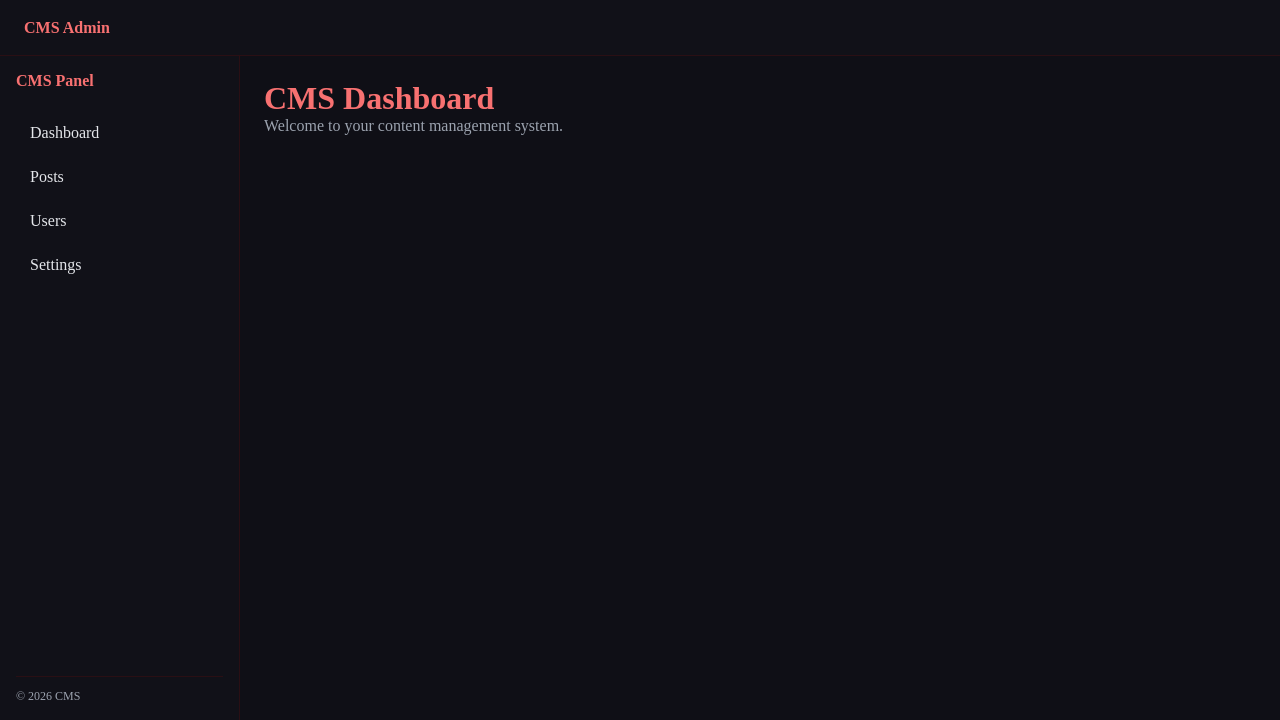
Repository: rajendratamang/react-dashboard
Page: /
An editor plug-in stored every save of this project. The page is shown before and after the next save, followed by the edit.
The browser window is 1280 px wide. The pictures show the whole page.
The project was rebuilt for these pictures with package versions that can differ from the ones it lists, and the page was loaded fresh each time. Also part of the build but not shown: vite.config.ts.

Above is the page before, as saved 2026-01-16 20:25:07.

After the next save:
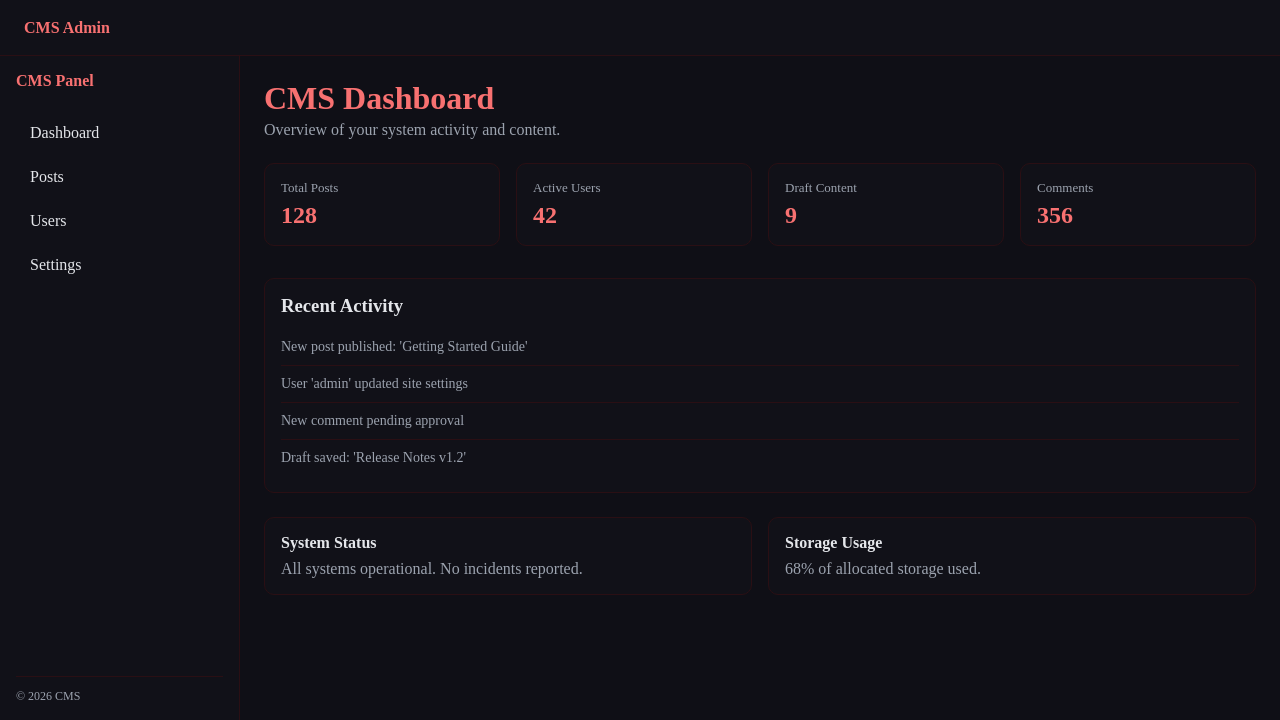
Saved 104 s later.
--- a/src/pages/Dashboard.tsx
+++ b/src/pages/Dashboard.tsx
@@ -1,10 +1,140 @@
 export default function Dashboard() {
   return (
     <div style={{ padding: "24px" }}>
-      <h1 style={{ color: "#f87171" }}>CMS Dashboard</h1>
-      <p style={{ color: "#9ca3af" }}>
-        Welcome to your content management system.
+      {/* Page Title */}
+      <h1 style={{ color: "#f87171", marginBottom: "4px" }}>
+        CMS Dashboard
+      </h1>
+      <p style={{ color: "#9ca3af", marginBottom: "24px" }}>
+        Overview of your system activity and content.
       </p>
+
+      {/* Stats Cards */}
+      <div
+        style={{
+          display: "grid",
+          gridTemplateColumns: "repeat(4, 1fr)",
+          gap: "16px",
+          marginBottom: "32px"
+        }}
+      >
+        {[
+          { label: "Total Posts", value: "128" },
+          { label: "Active Users", value: "42" },
+          { label: "Draft Content", value: "9" },
+          { label: "Comments", value: "356" }
+        ].map((item) => (
+          <div
+            key={item.label}
+            style={{
+              backgroundColor: "#111118",
+              border: "1px solid #2a0f14",
+              borderRadius: "10px",
+              padding: "16px"
+            }}
+          >
+            <div
+              style={{
+                fontSize: "13px",
+                color: "#9ca3af",
+                marginBottom: "6px"
+              }}
+            >
+              {item.label}
+            </div>
+            <div
+              style={{
+                fontSize: "24px",
+                fontWeight: 700,
+                color: "#f87171"
+              }}
+            >
+              {item.value}
+            </div>
+          </div>
+        ))}
+      </div>
+
+      {/* Recent Activity */}
+      <div
+        style={{
+          backgroundColor: "#111118",
+          border: "1px solid #2a0f14",
+          borderRadius: "10px",
+          padding: "16px",
+          marginBottom: "24px"
+        }}
+      >
+        <h3
+          style={{
+            color: "#e5e7eb",
+            marginBottom: "12px"
+          }}
+        >
+          Recent Activity
+        </h3>
+
+        {[
+          "New post published: 'Getting Started Guide'",
+          "User 'admin' updated site settings",
+          "New comment pending approval",
+          "Draft saved: 'Release Notes v1.2'"
+        ].map((activity, index) => (
+          <div
+            key={index}
+            style={{
+              padding: "10px 0",
+              borderBottom:
+                index !== 3 ? "1px solid #2a0f14" : "none",
+              color: "#9ca3af",
+              fontSize: "14px"
+            }}
+          >
+            {activity}
+          </div>
+        ))}
+      </div>
+
+      {/* System Status */}
+      <div
+        style={{
+          display: "grid",
+          gridTemplateColumns: "repeat(2, 1fr)",
+          gap: "16px"
+        }}
+      >
+        <div
+          style={{
+            backgroundColor: "#111118",
+            border: "1px solid #2a0f14",
+            borderRadius: "10px",
+            padding: "16px"
+          }}
+        >
+          <h4 style={{ color: "#e5e7eb", marginBottom: "8px" }}>
+            System Status
+          </h4>
+          <p style={{ color: "#9ca3af" }}>
+            All systems operational. No incidents reported.
+          </p>
+        </div>
+
+        <div
+          style={{
+            backgroundColor: "#111118",
+            border: "1px solid #2a0f14",
+            borderRadius: "10px",
+            padding: "16px"
+          }}
+        >
+          <h4 style={{ color: "#e5e7eb", marginBottom: "8px" }}>
+            Storage Usage
+          </h4>
+          <p style={{ color: "#9ca3af" }}>
+            68% of allocated storage used.
+          </p>
+        </div>
+      </div>
     </div>
   );
 }
